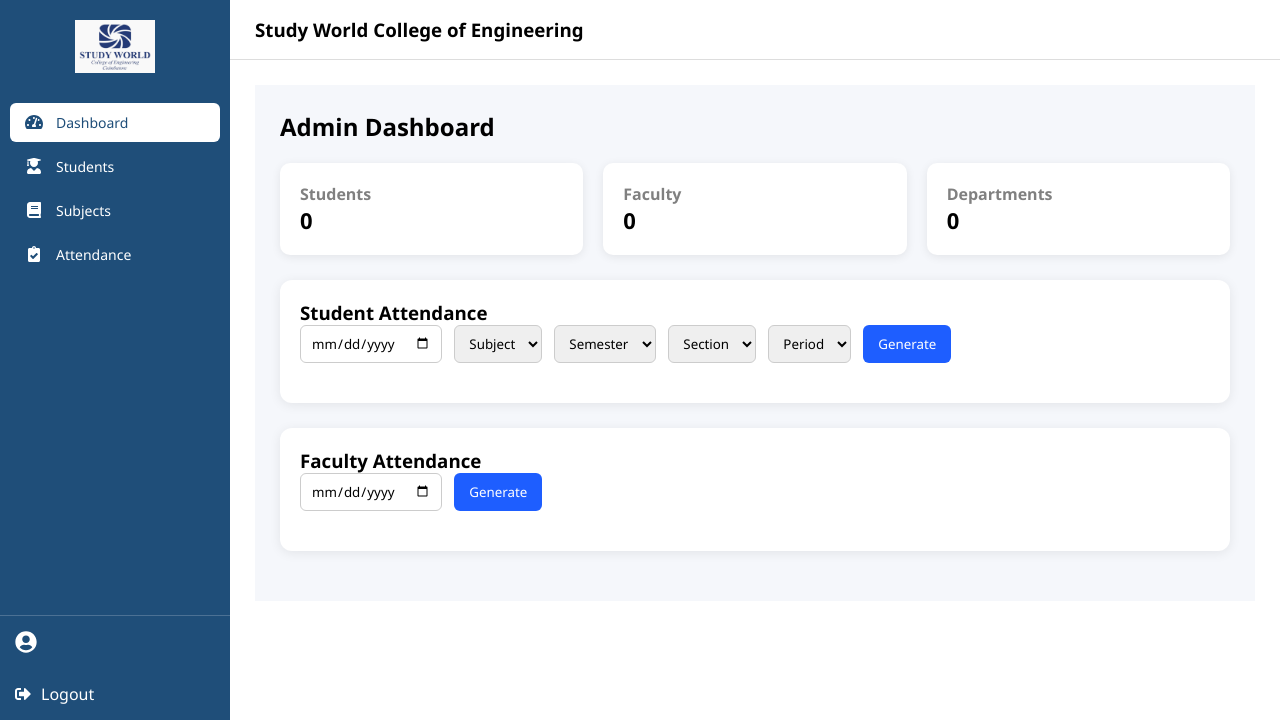
Repository: arthanarieswara/frontend
Page: /dashboard
An editor plug-in stored every save of this project. The page is shown before and after the next save, followed by the edit.
The browser window is 1280 px wide. The pictures show the whole page.
The page's requests for data from a server got no answer. The project was rebuilt for these pictures with package versions that can differ from the ones it lists, and the page was loaded fresh each time. No one was signed in, and anything a server would have sent is missing. Also part of the build but not shown: vite.config.js, src/pages/auth/Login.jsx, src/pages/departments/Departments.css, src/pages/departments/Departments.jsx, src/pages/students/Students.css, src/pages/students/Students.jsx, src/pages/faculty/Faculty.css, src/pages/faculty/Faculty.jsx and 11 more.

Above is the page before, as saved 2026-04-08 17:13:14.

After the next save:
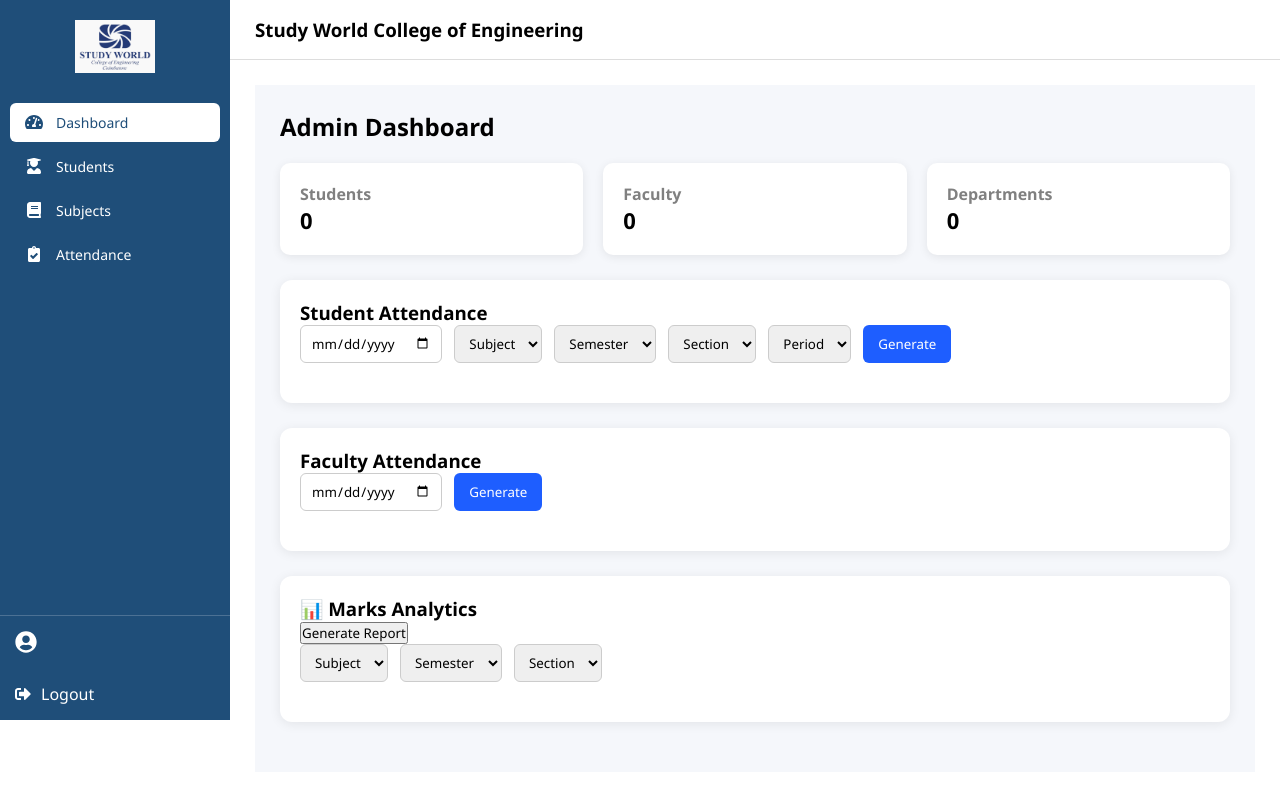
Saved 9 s later.
--- a/src/pages/dashboard/Dashboard.jsx
+++ b/src/pages/dashboard/Dashboard.jsx
@@ -4,7 +4,6 @@ import api from "../../api/api";
 import "./Dashboard.css";
 
 function Dashboard() {
-
   const [data, setData] = useState({
     students: 0,
     faculty: 0,
@@ -68,9 +67,7 @@ function Dashboard() {
   const getFacultyReport = async () => {
     if (!fDate) return alert("Select date");
 
-    const res = await api.get(
-      `/faculty-attendance/summary?date=${fDate}`
-    );
+    const res = await api.get(`/faculty-attendance/summary?date=${fDate}`);
 
     setFacultySummary(res.data.statusSummary);
     setFacultyTotal(res.data.total);
@@ -94,12 +91,10 @@ function Dashboard() {
   return (
     <Layout>
       <div className="dashboard">
-
         <h2 className="dashboard-title">Admin Dashboard</h2>
 
         {/* ================= STATS ================= */}
         <div className="stats-grid">
-
           <div className="stat-card">
             <h4>Students</h4>
             <p>{data.students}</p>
@@ -114,37 +109,47 @@ function Dashboard() {
             <h4>Departments</h4>
             <p>{data.departments}</p>
           </div>
-
         </div>
 
         {/* ================= STUDENT SECTION ================= */}
         <div className="section-card">
-
           <h3>Student Attendance</h3>
 
           <div className="filters">
-
             <input
               type="date"
               value={sDate}
               onChange={(e) => setSDate(e.target.value)}
             />
 
-            <select value={subject} onChange={(e) => setSubject(e.target.value)}>
+            <select
+              value={subject}
+              onChange={(e) => setSubject(e.target.value)}
+            >
               <option value="">Subject</option>
               {subjects.map((s) => (
-                <option key={s.id} value={s.id}>{s.name}</option>
-              ))}
-            </select>
-
-            <select value={semester} onChange={(e) => setSemester(e.target.value)}>
+                <option key={s.id} value={s.id}>
+                  {s.name}
+                </option>
+              ))}
+            </select>
+
+            <select
+              value={semester}
+              onChange={(e) => setSemester(e.target.value)}
+            >
               <option value="">Semester</option>
-              {[1,2,3,4,5,6,7,8].map(s => (
-                <option key={s} value={s}>Sem {s}</option>
-              ))}
-            </select>
-
-            <select value={section} onChange={(e) => setSection(e.target.value)}>
+              {[1, 2, 3, 4, 5, 6, 7, 8].map((s) => (
+                <option key={s} value={s}>
+                  Sem {s}
+                </option>
+              ))}
+            </select>
+
+            <select
+              value={section}
+              onChange={(e) => setSection(e.target.value)}
+            >
               <option value="">Section</option>
               <option value="A">A</option>
               <option value="B">B</option>
@@ -152,18 +157,18 @@ function Dashboard() {
 
             <select value={period} onChange={(e) => setPeriod(e.target.value)}>
               <option value="">Period</option>
-              {[1,2,3,4,5,6,7,8].map(p => (
-                <option key={p} value={p}>P{p}</option>
+              {[1, 2, 3, 4, 5, 6, 7, 8].map((p) => (
+                <option key={p} value={p}>
+                  P{p}
+                </option>
               ))}
             </select>
 
             <button onClick={getStudentReport}>Generate</button>
-
           </div>
 
           {studentSummary && (
             <div className="report-grid">
-
               <div className="report-card present">
                 <h4>Present</h4>
                 <p>{studentSummary?.data?.present_count}</p>
@@ -178,19 +183,15 @@ function Dashboard() {
                 <h4>Total</h4>
                 <p>{studentSummary?.data?.total_students}</p>
               </div>
-
             </div>
           )}
-
         </div>
 
         {/* ================= FACULTY SECTION ================= */}
         <div className="section-card">
-
           <h3>Faculty Attendance</h3>
 
           <div className="filters">
-
             <input
               type="date"
               value={fDate}
@@ -198,12 +199,10 @@ function Dashboard() {
             />
 
             <button onClick={getFacultyReport}>Generate</button>
-
           </div>
 
           {facultySummary.length > 0 && (
             <div className="report-grid">
-
               {facultySummary.map((f, i) => (
                 <div className="report-card" key={i}>
                   <h4>{f.status}</h4>
@@ -215,16 +214,91 @@ function Dashboard() {
                 <h4>Total</h4>
                 <p>{facultyTotal}</p>
               </div>
-
             </div>
           )}
-
         </div>
 
         {/* ================= MARKS SECTION ================= */}
 
-
-
+        {/* ================= MARKS SECTION ================= */}
+
+        <div className="section-card marks-section">
+          <div className="section-header">
+            <h3>📊 Marks Analytics</h3>
+            <button onClick={getMarksReport} className="primary-btn">
+              Generate Report
+            </button>
+          </div>
+
+          <div className="filters modern-filters">
+            <select
+              value={mSubject}
+              onChange={(e) => setMSubject(e.target.value)}
+            >
+              <option value="">Subject</option>
+              {subjects.map((s) => (
+                <option key={s.id} value={s.id}>
+                  {s.name}
+                </option>
+              ))}
+            </select>
+
+            <select
+              value={mSemester}
+              onChange={(e) => setMSemester(e.target.value)}
+            >
+              <option value="">Semester</option>
+              {[1, 2, 3, 4, 5, 6, 7, 8].map((s) => (
+                <option key={s} value={s}>
+                  Sem {s}
+                </option>
+              ))}
+            </select>
+
+            <select
+              value={mSection}
+              onChange={(e) => setMSection(e.target.value)}
+            >
+              <option value="">Section</option>
+              <option value="A">A</option>
+              <option value="B">B</option>
+            </select>
+          </div>
+
+          {marksSummary && (
+            <div className="marks-grid">
+              <div className="card stat">
+                <h4>Average</h4>
+                <p>{marksSummary.average}</p>
+              </div>
+
+              <div className="card stat">
+                <h4>Highest</h4>
+                <p>{marksSummary.highest}</p>
+              </div>
+
+              <div className="card stat">
+                <h4>Lowest</h4>
+                <p>{marksSummary.lowest}</p>
+              </div>
+
+              <div className="card total">
+                <h4>Total Students</h4>
+                <p>{marksSummary.total}</p>
+              </div>
+
+              <div className="card pass">
+                <h4>Pass</h4>
+                <p>{marksSummary.pass_count}</p>
+              </div>
+
+              <div className="card fail">
+                <h4>Fail</h4>
+                <p>{marksSummary.fail_count}</p>
+              </div>
+            </div>
+          )}
+        </div>
       </div>
     </Layout>
   );
